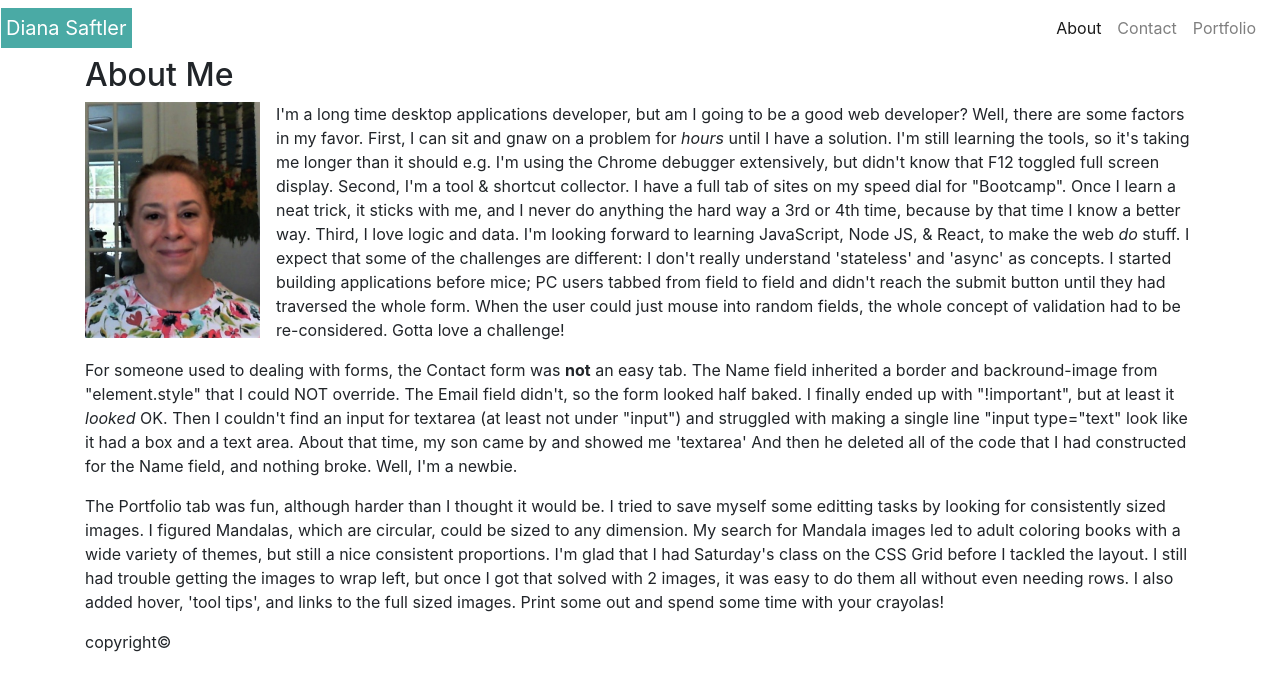
Repository: dsaftler/Bootstrap-Portfolio
Page: index.html
An editor plug-in stored every save of this project. The page is shown before and after the next save, followed by the edit.
The browser window is 1280 px wide. The pictures show the whole page.

Above is the page before, as saved 2019-03-21 00:36:27.

After the next save:
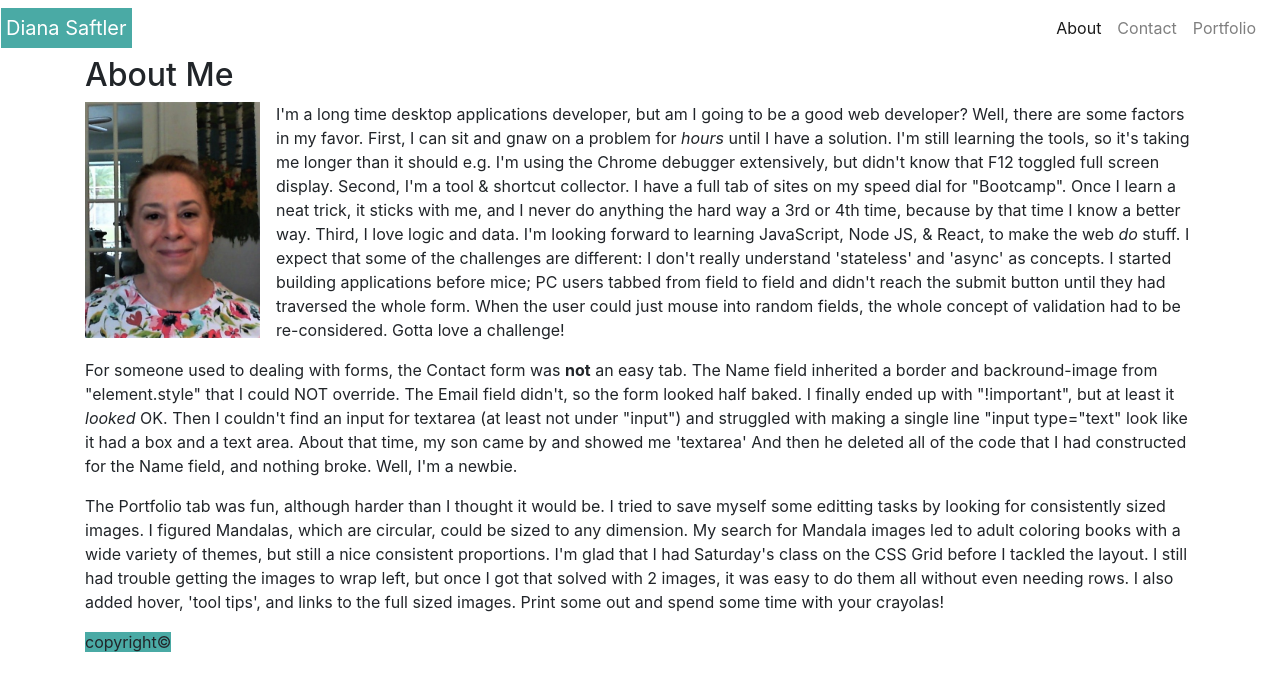
Saved 63 s later.
--- a/index.html
+++ b/index.html
@@ -50,7 +50,7 @@
     </div>
     <footer class="footer">
       <div class="container" >
-        <span style="background-color:#4aaaa5"></span>copyright&copy</span>
+        <span style="background-color:#4aaaa5">copyright&copy</span>
       </div>
     </footer>
 
